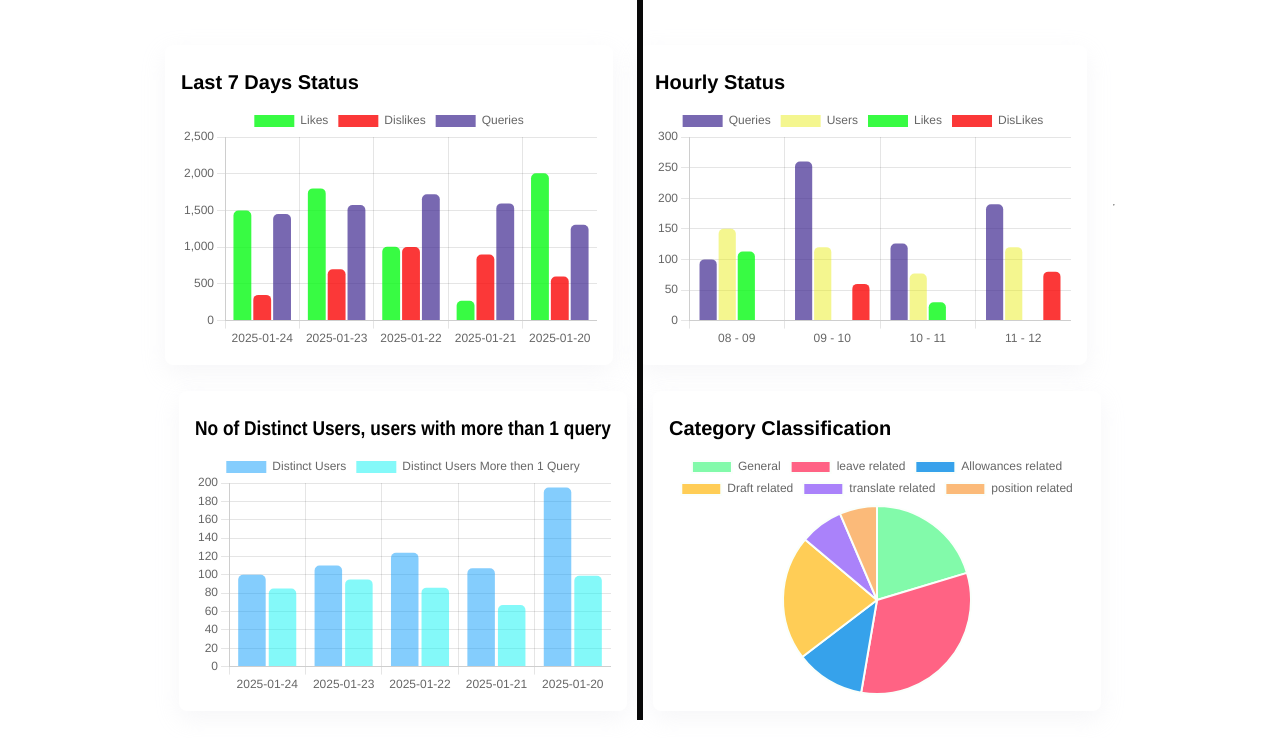
Repository: NAGARAJ-DEVELOPER/Dashboard
Page: /
These files come from the project's save history. The page is drawn as it stood at one moment and after the next save; the edit follows.
The browser window is 1280 px wide. The pictures show the whole page.
The project was rebuilt for these pictures with package versions that can differ from the ones it lists, and the page was loaded fresh each time. Also part of the build but not shown: vite.config.js.

Above is the page before, as saved 2025-02-12 00:42:37.

After the next save:
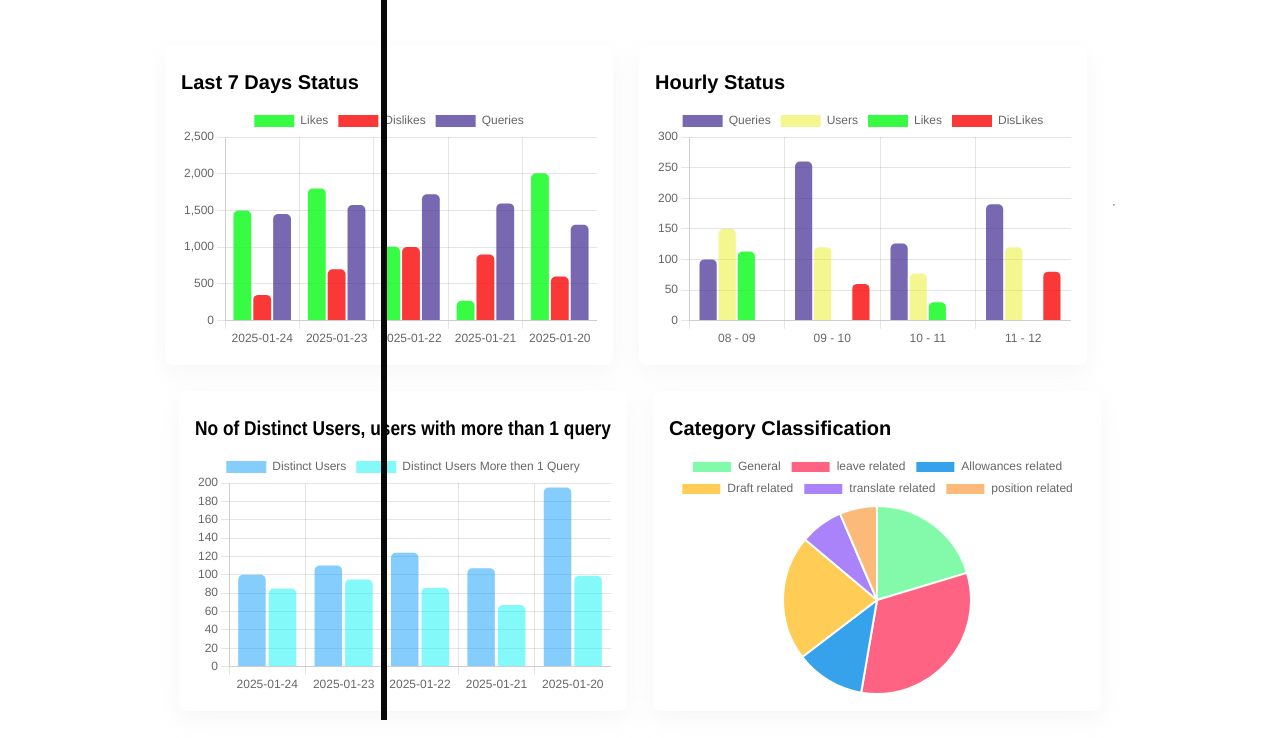
Saved 24 s later.
--- a/src/App.css
+++ b/src/App.css
@@ -15,7 +15,7 @@
   border-left: 6px solid rgb(8, 8, 8);
   height: 100%;
   position: absolute;
-  left: 50%;
+  left: 30%;
   margin-left: -3px;
   top: 0;
 }

After the save that followed:
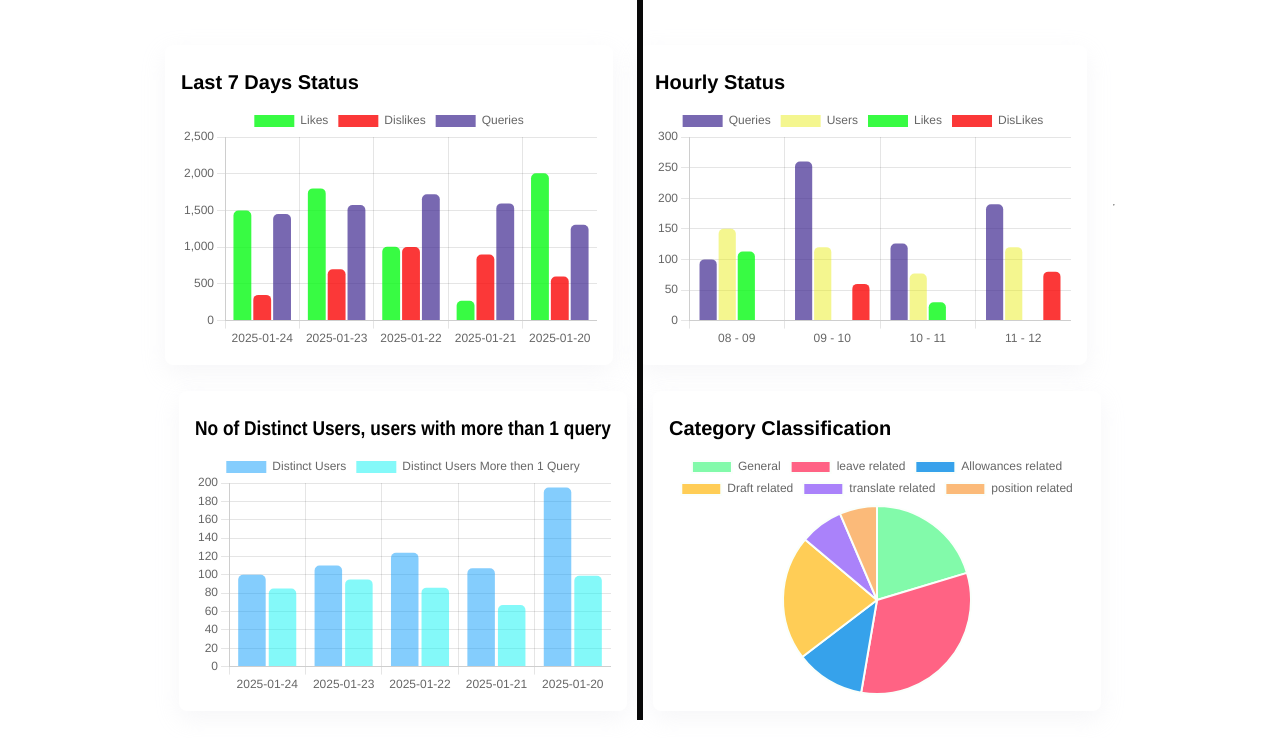
Saved 5 s later.
--- a/src/App.css
+++ b/src/App.css
@@ -15,7 +15,7 @@
   border-left: 6px solid rgb(8, 8, 8);
   height: 100%;
   position: absolute;
-  left: 30%;
+  left: 50%;
   margin-left: -3px;
   top: 0;
 }
